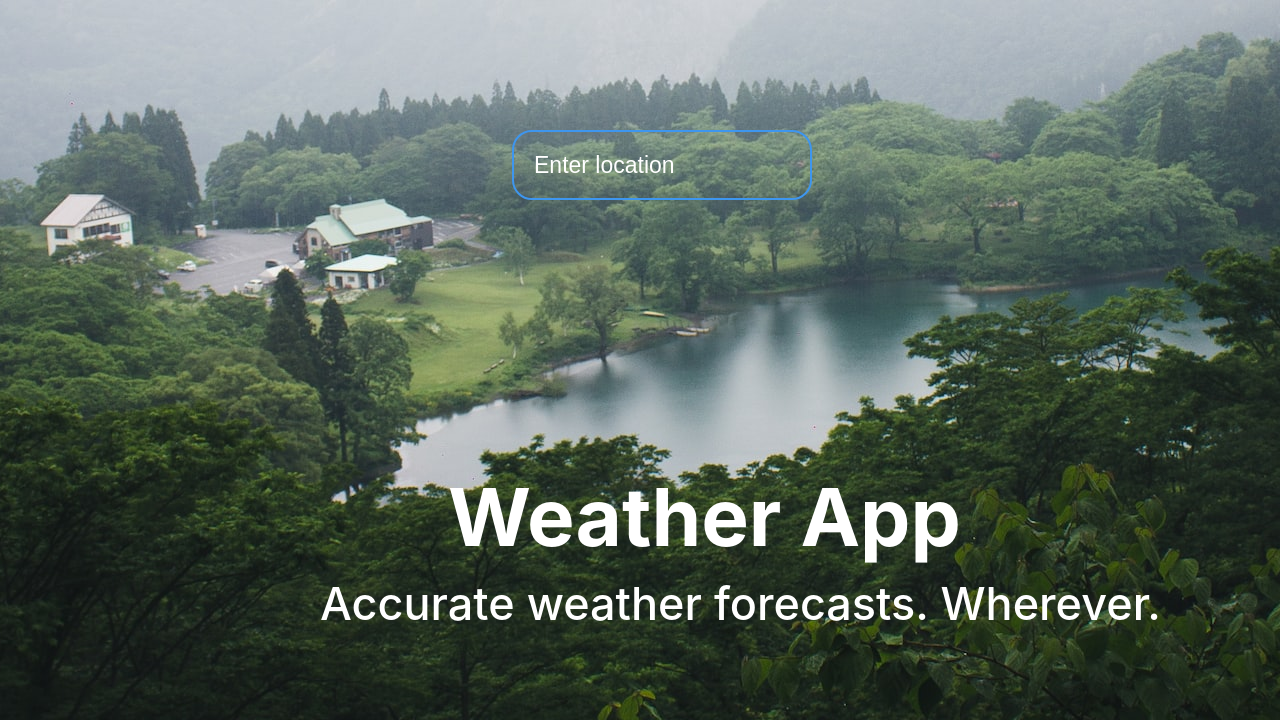
Repository: RenataDzotova/WeatherForecast
Page: /
The author's editor kept a copy of each file at every save. The page is drawn from the files as they stood at one save, then again after the next save.
The browser window is 1280 px wide. The pictures show the whole page.
The project was rebuilt for these pictures with package versions that can differ from the ones it lists, and the page was loaded fresh each time. The framework's server and built-in components were replaced by stand-ins that run in the browser. Also part of the build but not shown: next.config.js, styles/Home.module.css.

Above is the page before, as saved 2023-01-19 16:49:04.

### pages/index.js
import Head from 'next/head'
import Image from 'next/image'
import styles from '../styles/Home.module.css'
import axios from 'axios'
import { useState } from 'react'
import { FlexBox, Wrapper, Text, ImgPlaceholder } from '../styles/global'

export default function Home() {
  const [data, setData] = useState({});
  const [location, setLocation] = useState('');
  const [weather, setWeather] = useState();
  const [errorMessage, setErrorMessage] = useState('')
  const [showTitle, setShowTitle] = useState('Weather App')
  const [showDesc, setShowDesc] = useState('Accurate weather forecasts. Wherever.')

  const searchLocation = (event) => {
    if (event.key === "Enter"){
      axios.get(url)
      .then((response) => {
        console.clear()
        setData(response.data)
        console.log(response.data)
        setWeather(response.data.weather)
        setErrorMessage("")
        setShowTitle("")
        setShowDesc("")
      }) .catch(err => {
        console.log(err)
        setErrorMessage("Please enter another location")
        setData({})
        setWeather()
      })
      setLocation('')
    }
  }

  var apiKey = "f1c3aba9f416efdb16702d2866709e98";
  var lang = "en";
  var units = "metric";
  const url = `https://api.openweathermap.org/data/2.5/weather?q=${location}&units=${units}&appid=${apiKey}&lang=${lang}`

  return (
    <div className={styles.bg}>
      <Head>
        <title>Create Next App</title>
        <meta name="description" content="Generated by create next app" />
        <link rel="icon" href="/favicon.ico" />
        <link rel="preconnect" href="https://fonts.gstatic.com" crossorigin />
        <link
            href="https://fonts.googleapis.com/css2?family=Plus+Jakarta+Sans:ital,wght@0,200;0,300;0,400;0,500;0,600;0,700;0,800;1,200;1,300;1,400;1,500;1,600;1,700;1,800&display=swap"
            rel="stylesheet"
            />
      </Head>

      <main>


        {
          data &&
            <span>
              {errorMessage}
              <span className='titleText'>
              {showTitle}
              </span>
              <span className='descText'>
              {showDesc}
              </span>
            </span>
        }


        <input className='inputStyle'
          value = {location}
          onChange={event=> setLocation(event.target.value)}
          placeholder="Enter location"
          onKeyDown={searchLocation}
          type="text"
          style={{position:"absolute", top:"130px", left:"40%" }}
        >
        </input>

        {
          weather && weather.map((w, index) =>{
            return(
              <Wrapper bgImage={ data.main.temp.toFixed() < 0 && w.main=="Snow" ? "/alora-griffiths-HlnFco4i624-unsplash.jpg" : w.main=="Rain" || w.main=="Thunderstorm" ? "/nick-nice-ve-R7PCjJDk-unsplash.jpg" : w.main=="Clouds" ? "/johny-goerend-z_SXPzTMKkc-unsplash.jpg" : "/kenrick-mills-MF9Wy1NA55I-unsplash-2.jpg"} key={index}>

                  <FlexBox dir="column" width="100%" height="100%">
                    <FlexBox dir="column" margin="200px 0 0 0">
                      <Text color="white" fontSize="65px" fontWeight="bold">{data.name}</Text>
                        <FlexBox alignItems="flex-start">
                          <Text color="white" fontSize="90px" fontWeight="bold">{data.main.temp.toFixed()}°</Text>
                          <FlexBox margin="15px 0 12px 10px"><Text color="white" fontSize="30px">{w.main} </Text></FlexBox>
                        </FlexBox>
                    </FlexBox>

                    <FlexBox flexWrap="wrap" margin="100px 0 0 0" bgColor="rgba(227, 227, 227, 0.25)" border="rgba(227, 227, 227) solid 2px" minHeight="130px" width="60%" borderRadius="30px" justifyContent="space-around" padding="0 20px 0 20px">
                      <FlexBox dir="column">
                        <Text color="white" fontSize="65px" fontWeight="700">{data.main.feels_like.toFixed()}°C</Text>
                        <Text color="white">Feels like</Text>
                      </FlexBox>
                      <FlexBox dir="column">
                        <Text color="white" fontSize="65px" fontWeight="700">{data.main.humidity}%</Text>
                        <Text color="white">Humidity</Text>
                      </FlexBox>
                      <FlexBox dir="column">
                        <FlexBox>
                          <Text color="white" fontSize="65px" fontWeight="700">{data.main.pressure}</Text>
                          <Text fontSize="20px" margin="0 0 15px 0" color="white">hPa</Text>
                        </FlexBox>
                        <Text color="white">Pressure</Text>
                      </FlexBox>
                      { data.wind.gust &&
                      <FlexBox dir="column">
                        <FlexBox>
                          <Text color="white" fontSize="65px" fontWeight="700">{data.wind.gust}</Text>
                          <Text fontSize="20px" margin="0 0 15px 0" color="white">M/s</Text>
                        </FlexBox>
                        <Text color="white">Wind</Text>
                      </FlexBox>
                      }
                    </FlexBox>
                  </FlexBox>
              </Wrapper>
            )
          })
        }
      </main>

      {/* <footer className={styles.footer}>
        <a
          href="https://vercel.com?utm_source=create-next-app&utm_medium=default-template&utm_campaign=create-next-app"
          target="_blank"
          rel="noopener noreferrer"
        >
          Powered by{' '}
          <span className={styles.logo}>
            <Image src="/vercel.svg" alt="Vercel Logo" width={72} height={16} />
          </span>
        </a>
      </footer> */}
    </div>
  )
}

### styles/globals.css
html,
body {
  padding: 0;
  margin: 0;
  font-family: -apple-system, BlinkMacSystemFont, Segoe UI, Roboto, Oxygen,
    Ubuntu, Cantarell, Fira Sans, Droid Sans, Helvetica Neue, sans-serif;
  background-image: url("../public/cory-bjork-nkXNnX4BG1k-unsplash.jpg");
  background-position: center;
  background-repeat: no-repeat;
  display: flex;
  justify-content: center;
  align-items: center;
  flex-direction: column;
}

.titleText{
  font-size: 80px;
  font-weight: 700;
  color: white;
  background-color: transparent;
  position: absolute;
  left: 35%;
  top: 65%;
}

.descText{
  font-size: 45px;
  font-weight: 500;
  color: white;
  background-color: transparent;
  position: absolute;
  left: 25%;
  top: 80%;
}

a {
  color: inherit;
  text-decoration: none;
}

.inputStyle{
  border-radius: 20px;
  height: 70px;
  width: 300px;
  font-size: 23px;
  padding: 20px;
  background-color: transparent;
  color: rgb(14, 40, 66);
  border: 2px solid rgb(62, 150, 239);
}
::placeholder {
  color: white;
  opacity: 1; /* Firefox */
}

* {
  box-sizing: border-box;
}

@media (prefers-color-scheme: dark) {
  html {
    color-scheme: dark;
  }
  body {
    color: white;
    background: black;
  }
}

### styles/global.js
import styled from 'styled-components';

export const Text = styled.p`
    font-size: ${props=>props.fontSize || "21px"};
    font-weight: ${props=>props.fontWeight || "normal"};
    color: ${props=>props.color};
    margin: ${props=>props.margin || "0px"};

`


export const FlexBox = styled.div`
    display:flex;
    justify-content:${props=>props.justifyContent || "center"};
    align-items:${props=>props.alignItems || "center"};
    flex-direction:${props=>props.dir || "row"};
    flex-wrap: ${props=>props.flexWrap};
    width: ${props=>props.width};
    height: ${props=>props.height};
    background-color: ${props=>props.bgColor};
    padding: ${props=>props.padding};
    margin: ${props=>props.margin || "0px"};
    min-height: ${props=>props.minHeight};
    max-height: ${props=>props.maxHeight};
    background-image: ${props=>props.linearGradient || "none"}, url(${props=>props.bgImage});
    background-position: ${props=>props.bgPosition || "center"};
    background-size: ${props=>props.bgSize || "cover"};
    background-repeat: ${props=>props.bgRepeat};
    border-radius:${props=>props.borderRadius};
    filter: ${props=>props.filter};
    border: ${props=>props.border};
    z-index:${props=>props.zIndex};
    position: ${props=>props.position};
    top: ${props=>props.top};
    left:${props=>props.left};
    bottom: ${props=>props.bottom};
    border-bottom-style: ${props=>props.borderBottom};
    box-shadow: ${props=>props.boxShadow};
    border-top: ${props=>props.topBorder};
    border-bottom: ${props=>props.bottomBorder};
    color: ${props=>props.color};
    font-weight: ${props=>props.fontWeight};
    cursor: ${props=>props.cursor};
    max-width: ${props=>props.maxWidth};
    min-width: ${props=>props.minWidth};
    overflow-y: ${props=>props.overflowY};
    overflow-anchor: ${props=>props.overflowA};
    overflow-x: ${props=>props.overflowX};
`

export const Wrapper = styled(FlexBox) `
    width: 100vw;
    min-width: ${props=>props.minWidth};
    height: ${props=>props.height || "100vh"};
    padding:${props=>props.padding};
    overflow-x: ${props=>props.overflowX};
    overflow-y: ${props=>props.overflowY};
    background-image: ${props=>props.linearGradient || "none"}, url(${props=>props.bgImage});
    background-position: ${props=>props.bgPosition || "center"};
    background-size: ${props=>props.bgSize || "cover"};
`


export const ImgPlaceholder = styled.div`
    width: ${props=>props.width || "134px"};
    height: ${props=>props.height || "154px"};
    border-radius: ${props=>props.borderRadius || "8px 0px 0px 8px"};
    background-image: url(${props=>props.bgImage});
    margin: ${props=>props.margin};
    position: ${props=>props.position};
    top: ${props=>props.top};
    background-position: center;
    background-size: cover;
`

Loaded but not shown: pages/_app.js (common file)

After the next save:
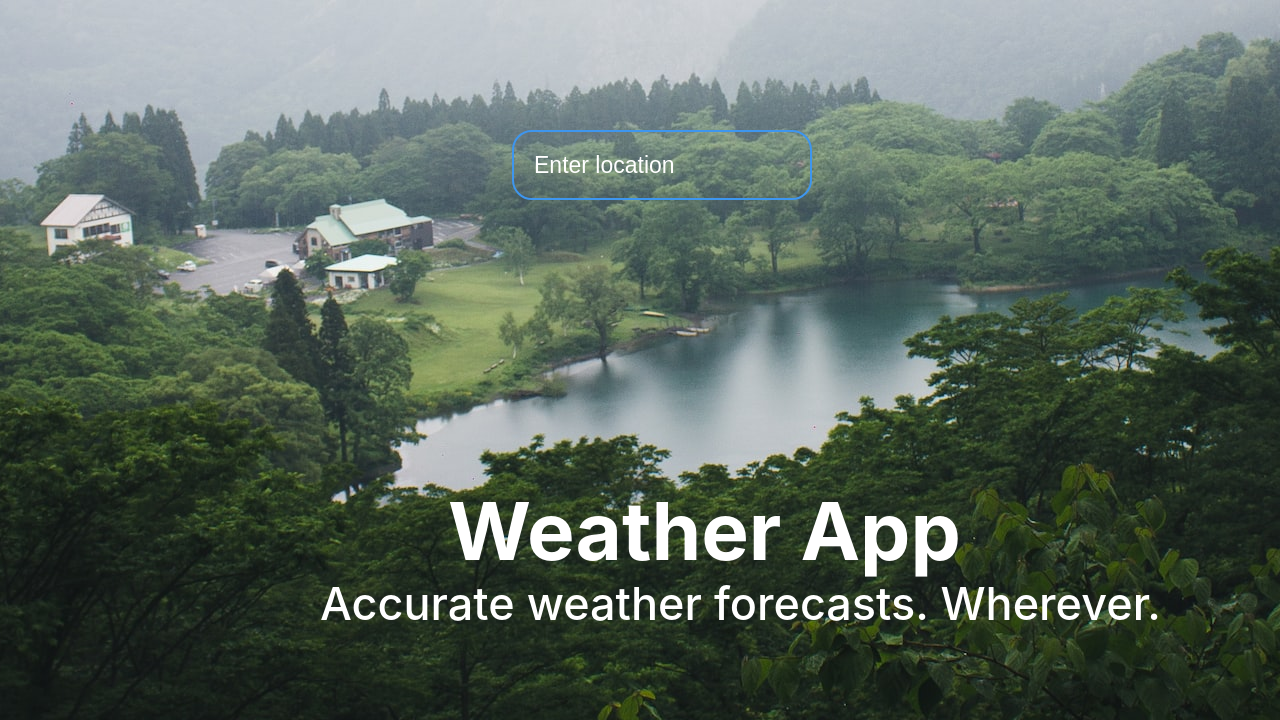
Saved 17 s later.
--- a/styles/globals.css
+++ b/styles/globals.css
@@ -20,7 +20,7 @@ body {
   background-color: transparent;
   position: absolute;
   left: 35%;
-  top: 65%;
+  top: 67%;
 }
 
 .descText{
